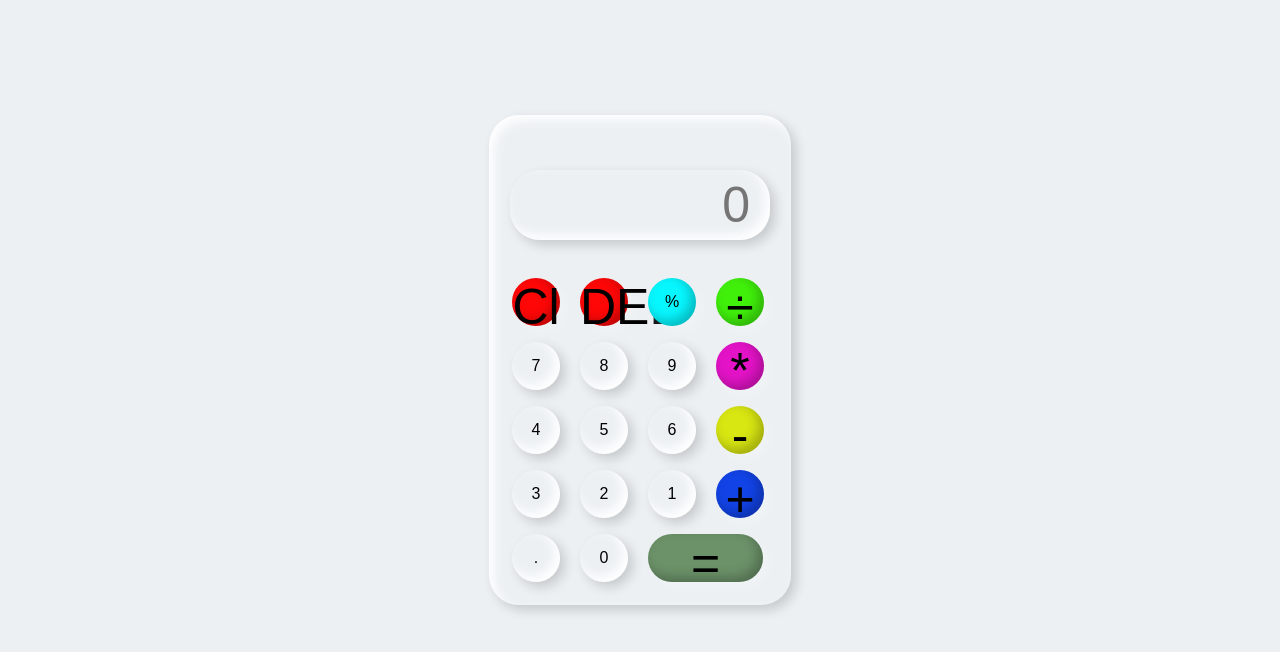
Repository: Mayur2905/OIBSIP
Page: Task-3/index.html
The author's editor kept a copy of each file at every save. The page is drawn from the files as they stood at one save, then again after the next save.
The browser window is 1280 px wide. The pictures show the whole page.

Above is the page before, as saved 2022-02-02 15:56:25.

### Task-3/index.html
<!DOCTYPE html>
<html lang="en">
<head>
    <meta charset="UTF-8">
    <meta http-equiv="X-UA-Compatible" content="IE=edge">
    <meta name="viewport" content="width=device-width, initial-scale=1.0">
    <title>Clauculator</title>
    <link rel="stylesheet" href="style.css">
</head>
<body>
    <div class="container">
        <div class="calculator">
            <input type="text" placeholder="0" id="output-screen">
            <button onclick="Clear()" class="red">Cl</button>
            <button onclick="del()" class="red">DEL</button>
            <button onclick="display('%') "class="percent">%</button>
            <button onclick="display('/')" class="divide">÷</button>
            <button onclick="display('7')">7</button>
            <button onclick="display('8')">8</button>
            <button onclick="display('9')">9</button>
            <button onclick="display('*')" class="mult">*</button>
            <button onclick="display('4')">4</button>
            <button onclick="display('5')">5</button>
            <button onclick="display('6')">6</button>
            <button onclick="display('-')" class="sub">-</button>
            <button onclick="display('3')">3</button>
            <button onclick="display('2')">2</button>
            <button onclick="display('1')">1</button>
            <button onclick="display('+')" class="add">+</button>
            <button onclick="display('.')">.</button>
            <button onclick="display('0')">0</button>
            <button onclick="Calculate()" class="equal">=</button>
        </div>
    </div>
    <script type = "text/javascript" src="function.js"></script>
    <!-- <script>
        let outputScreen = document.getElementById("output-screen");
    function display(num){
    outputScreen.value += num
    }
    </script>
    -->
</body>
</html>

### Task-3/style.css
* {
  margin: 0;
  padding: 0;
  box-sizing: border-box;
  background-color: #ecf0f3;
  font-family: sans-serif;
  outline: none;
}
.container {
  height: 100vh;
  display: flex;
  justify-content: center;
  align-items: center;
}
.calculator {
  background-color: #ecf0f3;
  padding: 15px;
  border-radius: 30px;
  box-shadow: inset 5px 5px 12px #ffffff, 5px 5px 12px rgba(0, 0, 0, 0.16);
  display: grid;
  grid-template-columns: repeat(4, 68px);
}
input {
  grid-column: span 4;
  height: 70px;
  width: 260px;
  background-color: #ecf0f3;
  box-shadow: inset -5px -5px 12px #ffffff, 5px 5px 12px rgba(0, 0, 0, 0.16);
  border: none;
  border-radius: 30px;
  color: rgb(70, 70, 70);
  font-size: 50px;
  text-align: end;
  margin: auto;
  margin-top: 40px;
  margin-bottom: 30px;
  padding: 20px;
}

button {
  height: 48px;
  width: 48px;
  background-color: #ecf0f3;
  box-shadow: inset -5px -5px 12px #ffffff, 5px 5px 12px rgba(0, 0, 0, 0.16);
  border: none;
  border-radius: 50%;
  margin: 8px;
  font-size: 16px;
}
.equal {
  width: 115px;
  border-radius: 40px;
  background-color: #ecf0f3;
  box-shadow: inset -5px -5px 12px #ffffff, 5px 5px 12px rgba(0, 0, 0, 0.16);
}
.divide {
  background-color: #40f00b;
  box-shadow: inset -5px -5px 12px rgba(0, 0, 0, 0.25),
    5px 5px 12px rgba(255, 255, 255, 0.3);
}

.mult {
  background-color: #e413c8;
  box-shadow: inset -5px -5px 12px rgba(0, 0, 0, 0.25),
    5px 5px 12px rgba(255, 255, 255, 0.3);
}

.add {
  background-color: #1243e6;
  box-shadow: inset -5px -5px 12px rgba(0, 0, 0, 0.25),
    5px 5px 12px rgba(255, 255, 255, 0.3);
}

.sub {
  background-color: #d8e612;
  box-shadow: inset -5px -5px 12px rgba(0, 0, 0, 0.25),
    5px 5px 12px rgba(255, 255, 255, 0.3);
}

.red {
  background-color: #ff0707;
  box-shadow: inset -5px -5px 12px rgba(0, 0, 0, 0.25),
    5px 5px 12px rgba(255, 255, 255, 0.3);
}
.percent {
  background-color: #07f7ff;
  box-shadow: inset -5px -5px 12px rgba(0, 0, 0, 0.25),
    5px 5px 12px rgba(255, 255, 255, 0.3);
}

.equal {
  background-color: #6c9269;
  box-shadow: inset -5px -5px 12px rgba(0, 0, 0, 0.25),
    5px 5px 12px rgba(255, 255, 255, 0.3);
}

.divide,
.add,
.mult,
.sub,
.red,
.equal {
  font-size: 50px;
}

### Task-3/function.js
let outputScreen = document.getElementById("output-screen");
function display(num){
    outputScreen.value += num;

}
function Calculate(){
    try{
        outputScreen.value = eval(outputScreen.value);

    }
    catch(err){
        alert("Invalid Input")
    }

}
function Clear(){
    outputScreen.value="";
}

function del(){
    outputScreen.value = outputScreen.value.slice(0,-1)
}

After the next save:
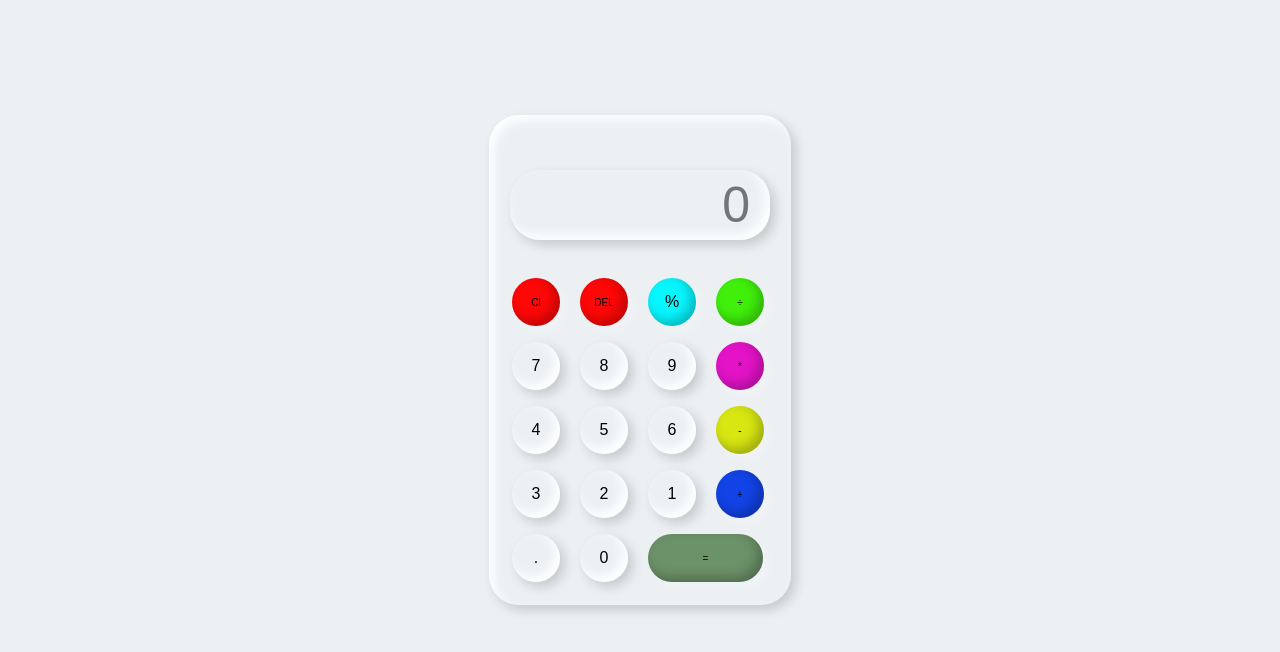
Saved 18 s later.
--- a/Task-3/style.css
+++ b/Task-3/style.css
@@ -100,5 +100,5 @@ button {
 .sub,
 .red,
 .equal {
-  font-size: 50px;
+  font-size: 10px;
 }
